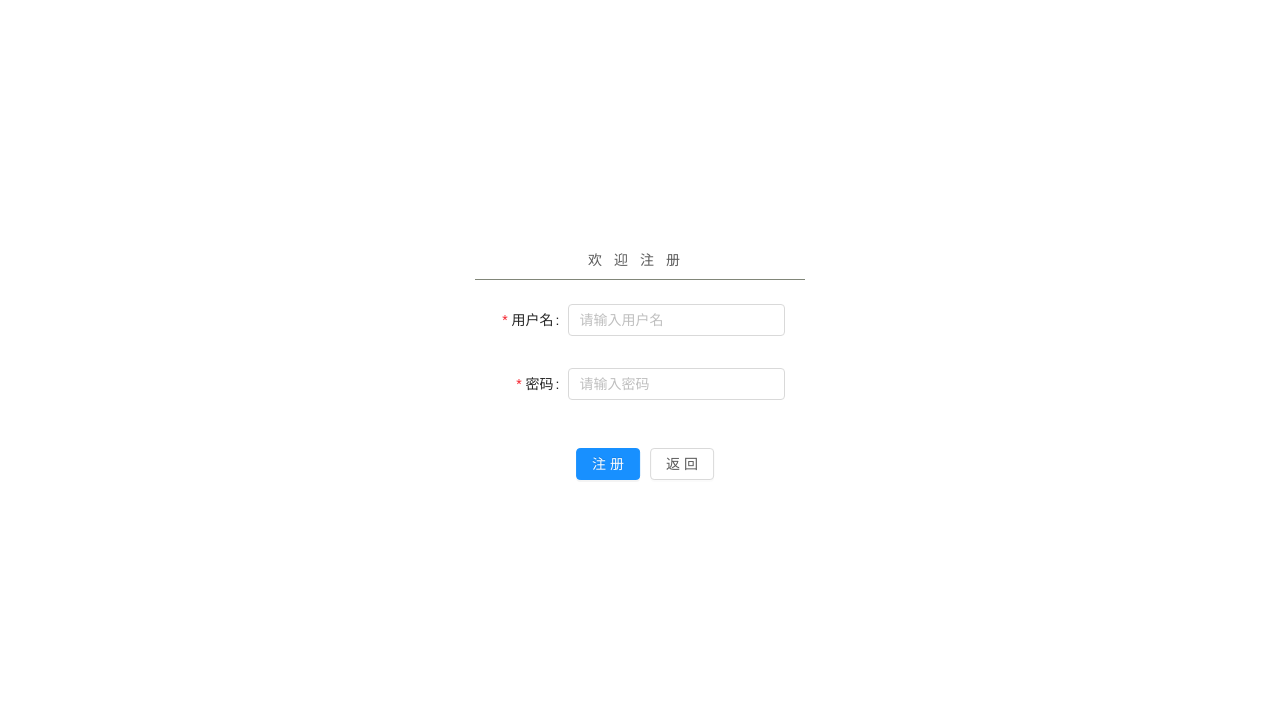
Repository: YogLn/theory-fre
Page: /register
The author's editor kept a copy of each file at every save. The page is drawn from the files as they stood at one save, then again after the next save.
The browser window is 1280 px wide. The pictures show the whole page.
The project was rebuilt for these pictures with package versions that can differ from the ones it lists, and the page was loaded fresh each time.

Above is the page before, as saved 2021-07-22 17:40:46.

### src/App.vue
<template>
  <div id="app">
    <router-view />
  </div>
</template>

<style lang="less">
html,
body,
#app {
  height: 100vh;
  font-family: 'Helvetica Neue', Helvetica, 'PingFang SC', 'Hiragino Sans GB',
    'Microsoft YaHei', '微软雅黑', Arial, sans-serif;
  background-attachment: fixed;
  background-size: 100% 100%;
}
</style>

### src/router/index.js
import Vue from 'vue'
import VueRouter from 'vue-router'

const Login = () => import('../pages/login/Login.vue')
const Home = () => import('../pages/home/Home.vue')
const Register = () => import('../pages/login/Register.vue')
const Moment = () => import('../pages/moment/Moment.vue')
const Publish = () => import('../pages/moment/Publish.vue')
const Comment = () => import('../components/comment/Comment.vue')

Vue.use(VueRouter)

const routes = [
  {
    path: '',
    redirect: '/login'
  },
  {
    path: '/login',
    component: Login
  },
  {
    path: '/register',
    component: Register
  },
  {
    path: '/home',
    component: Home,
    redirect: '/moment',
    children: [
      {
        path: '/moment',
        component: Moment
      },
      {
        path: '/upload',
        component: Publish
      },
      {
        path: '/moment/:momentId',
        component: Comment
      }
    ]
  }
]

const router = new VueRouter({
  mode: 'history',
  base: process.env.BASE_URL,
  routes
})

// 挂载路由导航守卫
router.beforeEach((to, from, next) => {
  if (to.path == '/login' || to.path == '/register') return next()
  // 获取 token
  const tokenStr = window.sessionStorage.getItem('token')
  if (!tokenStr) return next('/login')
  next()
})

export default router

### src/network/request.js
import axiox from 'axios'
import { BASE_URL, TIMEOUT } from './config'
const instance = axiox.create({
  baseURL: BASE_URL,//baseURL会在发送请求的时候拼接在url参数的前面
  timeout: TIMEOUT
})

instance.interceptors.request.use(function (config) {
  config.headers.Authorization = window.sessionStorage.getItem('token')
  return config;
}, function (error) {
  // 对请求错误做些什么
  return Promise.reject(error);
});

// 添加响应拦截器
//此处可以根据服务器的返回状态码做响应的处理
//404 404 500
instance.interceptors.response.use(function (response) {
  // 对响应数据做点什么

  return response;
}, function (error) {
  // 对响应错误做点什么
  return Promise.reject(error);
});

export function get (url, params) {
  return instance.get(url, {
    params
  })
}

export function post (url, data) {
  return instance.post(url, data)
}

export function del (url) {
  return instance.delete(url)
}

export function put (url, data) {
  return instance.put(url, data)
}

### src/pages/login/Register.vue
<template>
  <div class="container">
    <div class="login-box">
      <div class="login-header">
        <span>欢迎注册</span>
      </div>
      <div class="login-form">
        <a-form-model ref="registerFormRef"
                      :model="registerForm"
                      v-bind="layout"
                      :rules="loginFormRules">
          <a-form-model-item label="用户名"
                             prop="name">
            <a-input v-model="registerForm.name"
                     type="text"
                     autocomplete="off"
                     placeholder="请输入用户名" />
          </a-form-model-item>
          <a-form-model-item label="密码"
                             prop="password">
            <a-input v-model="registerForm.password"
                     type="password"
                     autocomplete="off"
                     placeholder="请输入密码" />
          </a-form-model-item>
        </a-form-model>
      </div>
      <div class="login-btn">
        <a-button type="primary"
                  class="btn-login"
                  @click="register">注册</a-button>
        <a-button @click="back">返回</a-button>
      </div>
    </div>
  </div>
</template>

<script>
import { Mixin } from '../../mixin'
import Show from './Show.vue'
export default {
  components: { Show },
  mixins: [Mixin],
  created() { },
  data() {
    return {
      registerForm: {
        name: '',
        password: '',
      }
    }
  },
  methods: {
    register() {
      this.$refs.registerFormRef.validate(async valid => {
        if (!valid) return this.$message.warning('请正确填写注册信息')
        const res = await this.$http.post('/users', this.registerForm)
        if (res.status !== 200) return this.$message.error('注册失败')
        this.$message.success('注册成功')
        window.sessionStorage.setItem('token', res.data.token)
        window.sessionStorage.setItem('id', res.data.id)
        this.$router.push('/home')
      })
    },
    back() {
      this.$router.push('/login')
    },
  },
}
</script>

<style lang="less" scoped>
.container {
  height: 100%;
  .login-box {
    display: relative;
    padding: 40px 10px;
    width: 350px;
    height: 300px;
    background: rgba(255, 255, 255, 0.6);
    position: fixed;
    left: 50%;
    top: 50%;
    transform: translate(-50%, -50%);
    .login-header {
      margin-top: -10px;
      display: flex;
      justify-content: center;
      height: 40px;
      line-height: 40px;
      border-bottom: 1.6px solid #818679;
      span {
        text-align: center;
        letter-spacing: 12px;
      }
    }
    .login-form {
      padding: 20px;
    }
    .login-btn {
      position: absolute;
      left: 50%;
      transform: translateX(-50%);
      .btn-login {
        margin: 0 10px;
      }
    }
  }
}
</style>

### src/network/config.js
const devBaseURL = "http://121.4.100.103:5000";
const proBaseURL = "http://121.4.100.103:5000";
export const BASE_URL = process.env.NODE_ENV === 'development' ? devBaseURL: proBaseURL;

export const TIMEOUT = 5000;

### src/mixin.js
export const Mixin = {
  data() {
    return {
      loginFormRules:  {
        name: [{ required: true, message: '请输入用户名', trigger: 'blur' }],
        password: [{ required: true, message: '请输入密码', trigger: 'blur' }]
      },

      layout: {
        labelCol: { span: 6 },
        wrapperCol: { span: 18 },
      },
    }
  },
}

### src/pages/login/Show.vue
<template>
  <div class="container">
    <div class="item yellow">
      <p>大家好！<br />&nbsp;&nbsp;&nbsp;&nbsp;我是YogLn</p>
    </div>
    <div class="item blue">
      <p>大家好！<br />&nbsp;&nbsp;&nbsp;&nbsp;我是YogLn</p>
    </div>
    <div class="item green">
      <p>大家好！<br />&nbsp;&nbsp;&nbsp;&nbsp;我是YogLn</p>
    </div>
    <div class="item pink">
      <p>大家好！<br />&nbsp;&nbsp;&nbsp;&nbsp;我是YogLn</p>
    </div>
  </div>
</template>

<script>
export default {

}
</script>

<style scoped>
.container {
  height: 100vh;
  position: relative;
}

.item {
  position: absolute;
  width: 100%;
  height: 100%;
  top: 0;
  left: 0;
  display: flex;
  justify-content: center;
  align-items: center;
  font-size: 66px;
  font-style: italic;
  transform: translate(-100%);
}

.item p {
  letter-spacing: 0.2em;
  color: #fff;
  transform: translateX(-190%);
}

.yellow {
  background-color: rgb(160, 160, 26);
  animation: bg 0.3s linear forwards;
}
.yellow p {
  animation: text 3s 0.3s cubic-bezier(0, 0.49, 0, 1) forwards;
}

.blue {
  background-color: rgb(36, 61, 143);
  clip: rect(0, 1100px, 100vh, 0);
  animation: bg 2.4s 0.6s cubic-bezier(0, 0.49, 0, 1) forwards;
}
.blue p {
  animation: text 2.4s 0.6s cubic-bezier(0, 0.49, 0, 1) forwards;
}

.green {
  background-color: rgb(34, 126, 57);
  clip: rect(0, 920px, 100vh, 0);
  animation: bg 2.1s 0.9s cubic-bezier(0, 0.49, 0, 1) forwards;
}
.green p {
  animation: text 2.1s 0.9s cubic-bezier(0, 0.49, 0, 1) forwards;
}

.pink {
  background-color: rgb(192, 55, 139);
  clip: rect(0, 780px, 100vh, 0);
  animation: bg 1.8s 1.2s cubic-bezier(0, 0.49, 0, 1) forwards;
}
.pink p {
  animation: text 1.8s 1.2s cubic-bezier(0, 0.49, 0, 1) forwards;
}

@keyframes bg {
  from {
    transform: translate(-100%);
  }
  to {
    transform: translateX(0);
  }
}

@keyframes text {
  from {
    transform: translate(-190%);
  }
  to {
    transform: translateX(0);
  }
}
</style>

Loaded but not shown: public/index.html (common file); src/main.js (common file); src/store/index.js (common file); src/assets/css/reset.css (common file)

After the next save:
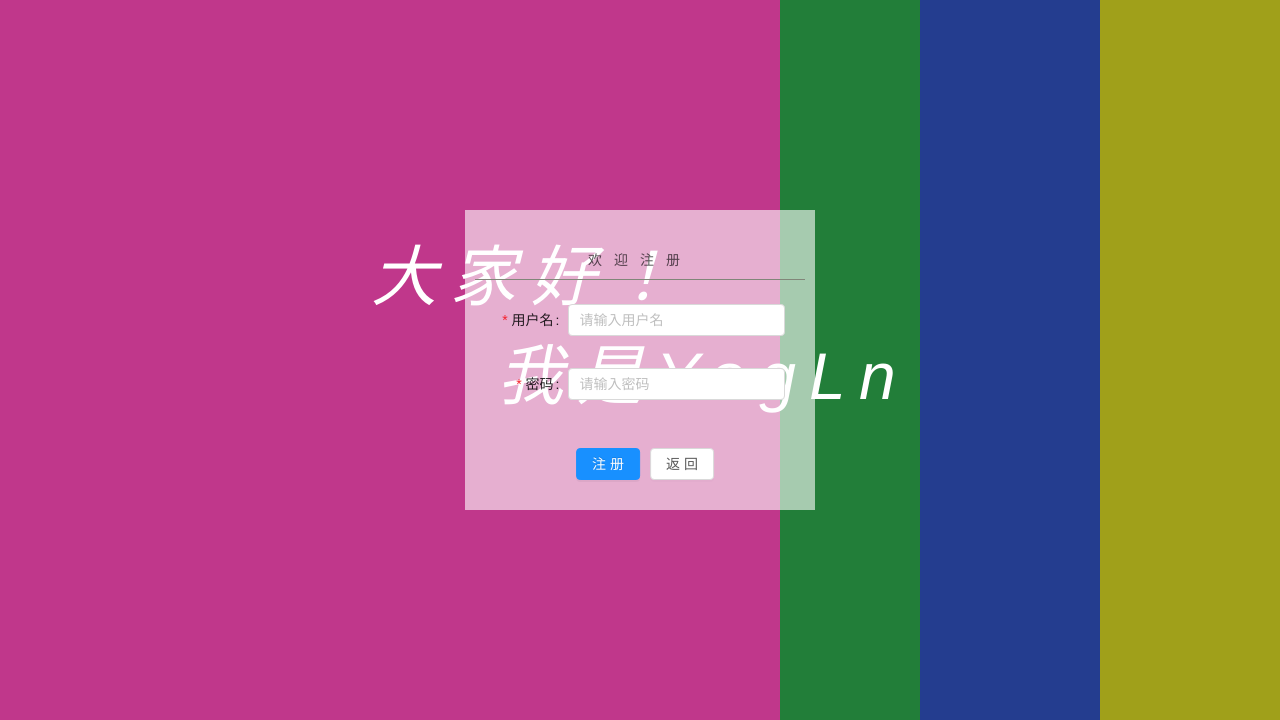
Saved 8 s later.
--- a/src/pages/login/Register.vue
+++ b/src/pages/login/Register.vue
@@ -1,5 +1,6 @@
 <template>
   <div class="container">
+    <show />
     <div class="login-box">
       <div class="login-header">
         <span>欢迎注册</span>
